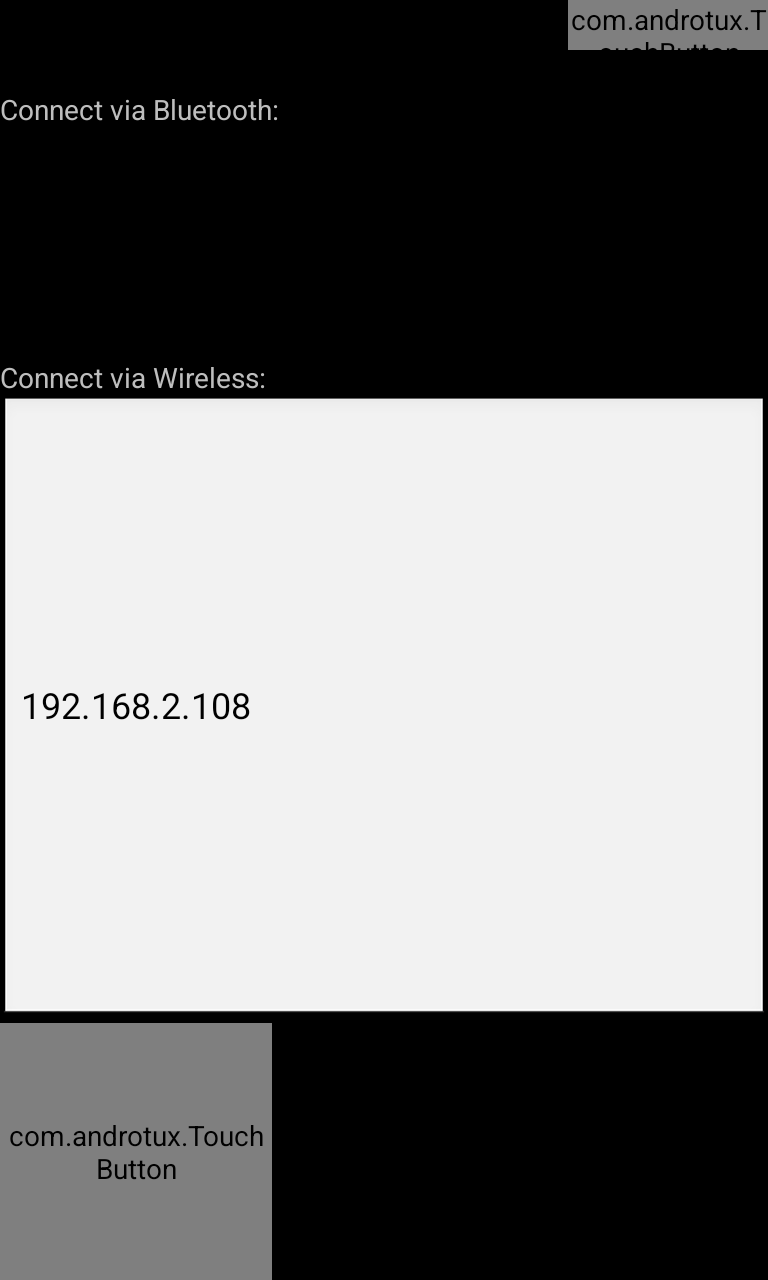
Repository: itayrom/androtux
Layout: app/AndroTux/res/layout/fragment_settings.xml
The author's editor kept a copy of each file at every save. The layout is drawn from the files as they stood at one save, then again after the next save.
Pictures or frames that could not be fetched are drawn as grey boxes. It is drawn on a 768 x 1280 px phone screen (xhdpi) without system bars, with theme android:Theme.NoTitleBar.Fullscreen; the app's code is not run. Lists and similar views that code fills are empty.

Above is the layout before, as saved 2014-09-09 12:42:38.

### app/AndroTux/res/layout/fragment_settings.xml
<!--
  Android Remote for Tux (AndroTux)
  Copyright (C) 2014 Itay Rom <1t4yr0m@gmail.com> Tal Sabo <tal.sabo@gmail.com>

  This program is free software: you can redistribute it and/or modify
  it under the terms of the GNU General Public License as published by
  the Free Software Foundation, either version 3 of the License, or
  (at your option) any later version.

  This program is distributed in the hope that it will be useful,
  but WITHOUT ANY WARRANTY; without even the implied warranty of
  MERCHANTABILITY or FITNESS FOR A PARTICULAR PURPOSE.  See the
  GNU General Public License for more details.

  You should have received a copy of the GNU General Public License
  along with this program.  If not, see <http://www.gnu.org/licenses/>.
-->
<LinearLayout xmlns:android="http://schemas.android.com/apk/res/android"
    xmlns:app="http://schemas.android.com/apk/res/com.androtux"
    android:layout_width="fill_parent"
    android:layout_height="fill_parent"
    android:orientation="vertical">

    <LinearLayout
        android:orientation="horizontal"
        android:layout_width="match_parent"
        android:layout_height="45dp"
        android:gravity="right">

        <com.androtux.TouchButton
	        android:id="@+id/btnDisconnect"
	        android:layout_width="100dp"
	        android:layout_height="25dp"
	        app:enabled="true"
	        android:text="Disconnect" />

    </LinearLayout>

    <TextView
        android:layout_width="fill_parent"
        android:layout_height="wrap_content"
        android:text="Connect via Bluetooth:"/>

    <ListView
        android:id="@+id/lvPaired"
        android:layout_width="match_parent"
        android:layout_height="100dp">
    </ListView>

    <TextView
        android:layout_width="fill_parent"
        android:layout_height="wrap_content"
        android:layout_marginTop="15dp"
        android:text="Connect via Wireless:" />

    <EditText
        android:id="@+id/txtWirelessIp"
        android:layout_width="match_parent"
        android:layout_height="wrap_content"
        android:layout_weight="0.75"
        android:text="192.168.2.108"
        android:ems="10">
	</EditText>

    <com.androtux.TouchButton
        android:id="@+id/btnConnectWireless"
        android:layout_width="136dp"
        android:layout_height="40dp"
        app:enabled="true"
        android:layout_weight="0.25"
        android:text="Connect" />

</LinearLayout>

After the next save:
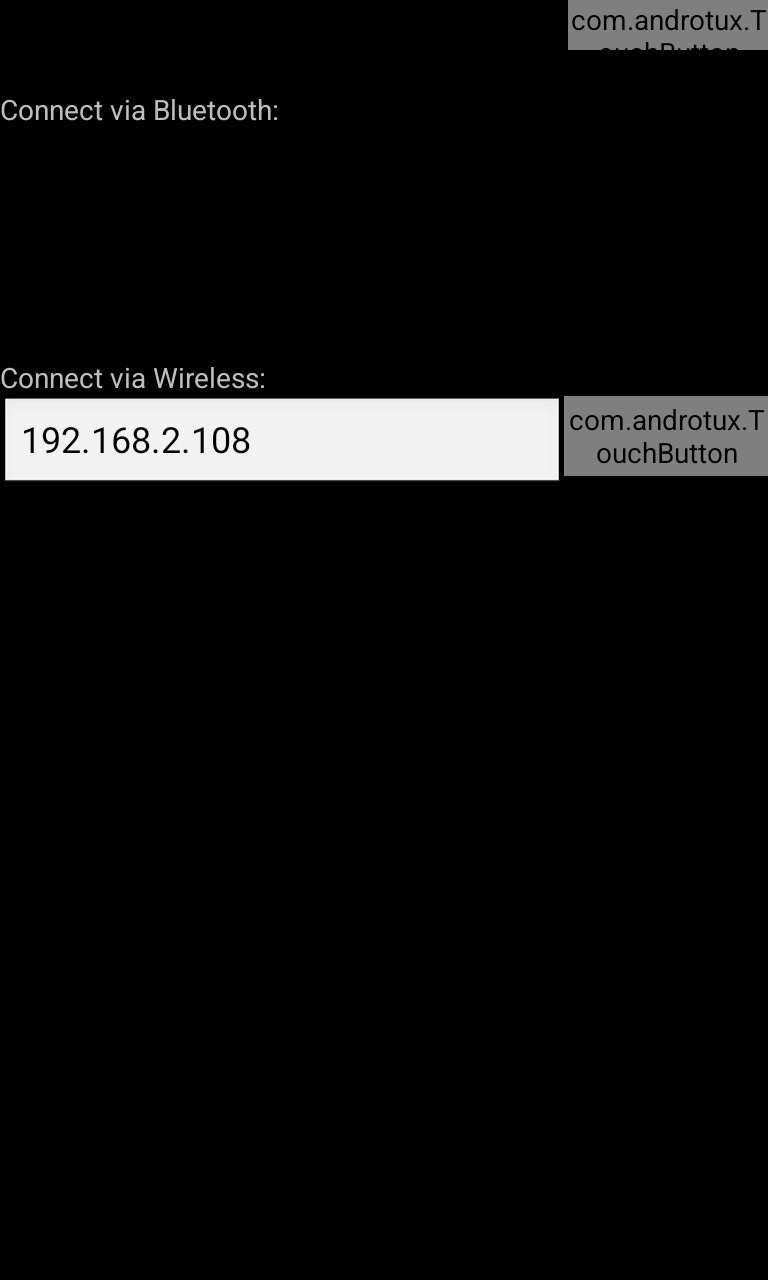
Saved 54 s later.
--- a/app/AndroTux/res/layout/fragment_settings.xml
+++ b/app/AndroTux/res/layout/fragment_settings.xml
@@ -53,21 +53,27 @@
         android:layout_marginTop="15dp"
         android:text="Connect via Wireless:" />
 
-    <EditText
-        android:id="@+id/txtWirelessIp"
-        android:layout_width="match_parent"
-        android:layout_height="wrap_content"
-        android:layout_weight="0.75"
-        android:text="192.168.2.108"
-        android:ems="10">
-	</EditText>
+    <LinearLayout
+        android:orientation="horizontal"
+        android:layout_width="fill_parent"
+        android:layout_height="wrap_content" >
 
-    <com.androtux.TouchButton
-        android:id="@+id/btnConnectWireless"
-        android:layout_width="136dp"
-        android:layout_height="40dp"
-        app:enabled="true"
-        android:layout_weight="0.25"
-        android:text="Connect" />
+	    <EditText
+	        android:id="@+id/txtWirelessIp"
+	        android:layout_width="match_parent"
+	        android:layout_height="wrap_content"
+	        android:layout_weight="0.75"
+	        android:text="192.168.2.108"
+	        android:ems="10">
+		</EditText>
+
+	    <com.androtux.TouchButton
+	        android:id="@+id/btnConnectWireless"
+	        android:layout_width="136dp"
+	        android:layout_height="40dp"
+	        app:enabled="true"
+	        android:layout_weight="0.25"
+	        android:text="Connect" />
+    </LinearLayout>
 
 </LinearLayout>
